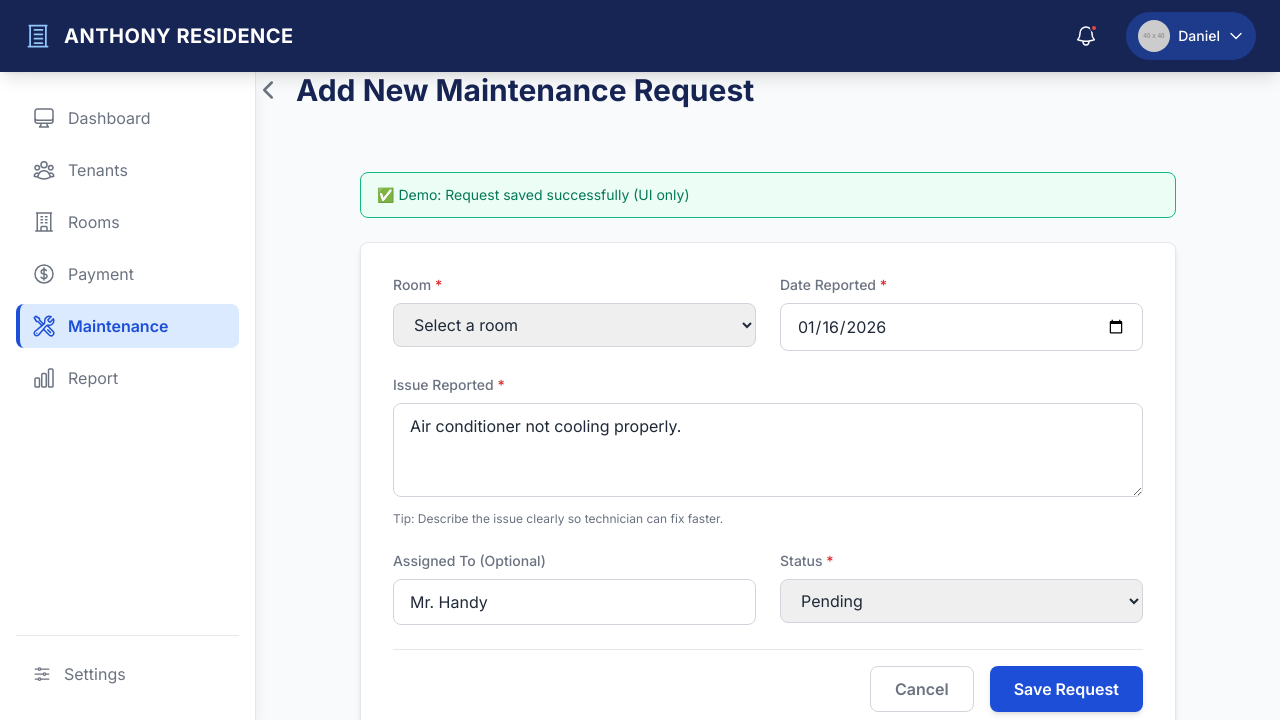
Repository: phyronsoftware-project/Room_Rental_Management_System
Page: http://localhost/maintenance/create
These files come from the project's save history. The page is drawn as it stood at one moment and after a run of saves; the edit follows.
The browser window is 1280 px wide. The pictures show the whole page.
An inner scrolling area shows only its first screen. Some web libraries are served in a nearby version. The page is served by the project's Laravel application, run on PHP 8.4 with Laravel 12.

Above is the page before, as saved 2026-01-16 21:40:55.

After the next 3 saves:
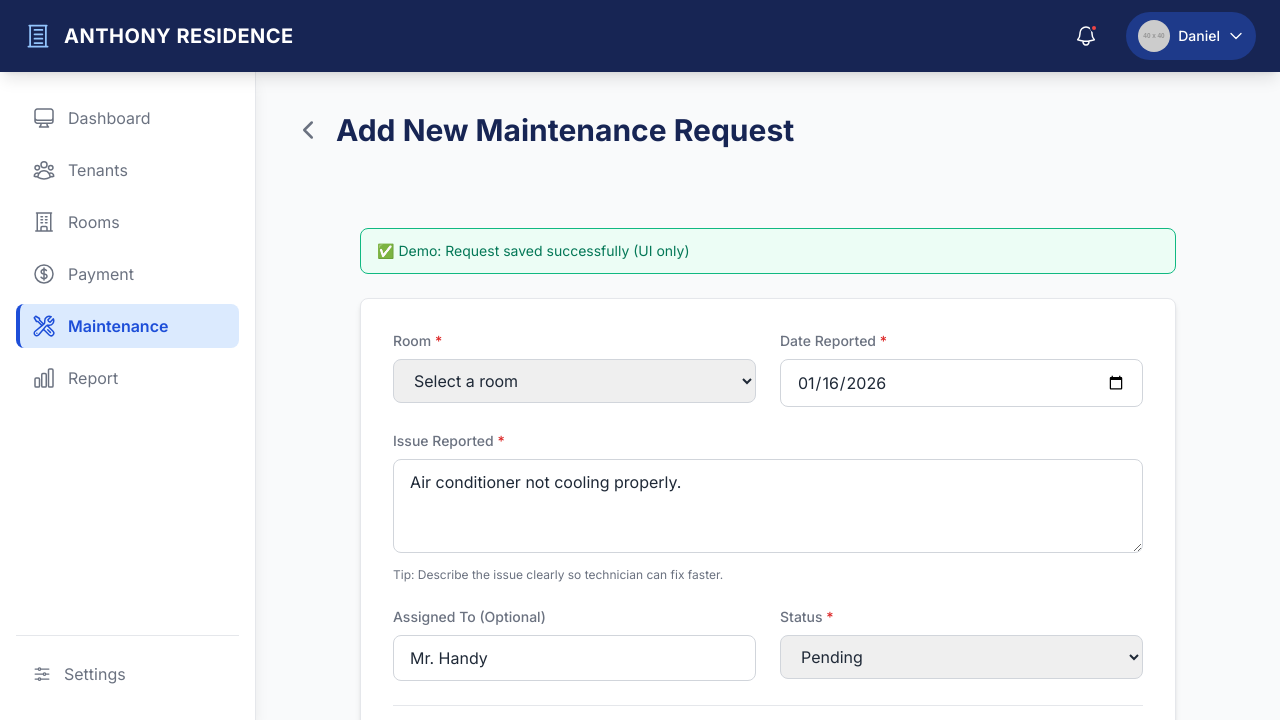
The 3 saves are shown as one change because they came seconds apart.
The last was saved 15 s later.
--- a/resources/views/maintenance/maintenance_create.blade.php
+++ b/resources/views/maintenance/maintenance_create.blade.php
@@ -21,7 +21,7 @@
 
 @section('content')
     <main class="flex-1 overflow-y-auto bg-base">
-        <div class="flex items-center gap-4 mb-6">
+        <div class="flex items-center gap-4 m-10">
             <a href="{{ route('maintenance.index') }}" class="text-text-mid hover:text-primary transition-colors"
                 aria-label="Back">
                 <svg xmlns="http://www.w3.org/2000/svg" fill="none" viewBox="0 0 24 24" stroke-width="2.5"
